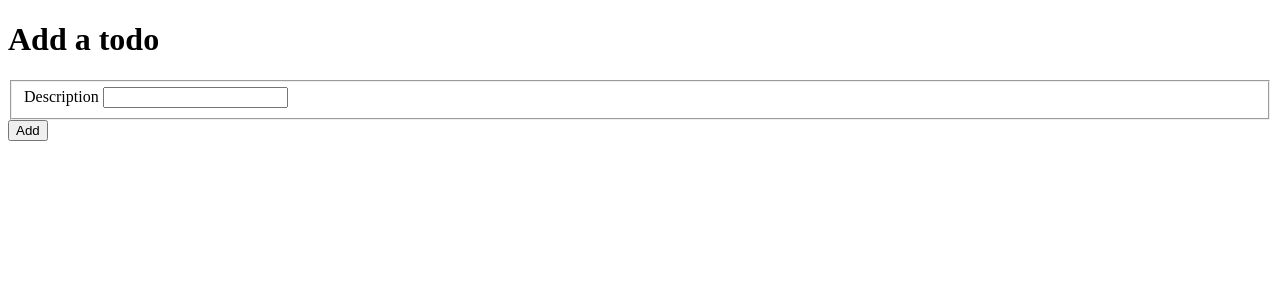
Repository: codelifee/spring-mvc-project
Page: http://localhost/springmvc/add-todo
An editor plug-in stored every save of this project. The page is shown before and after the next save, followed by the edit.
The browser window is 1280 px wide. The pictures show the whole page.
The page is served by Tomcat 9.

Above is the page before, as saved 2020-11-16 06:48:30.

After the next save:
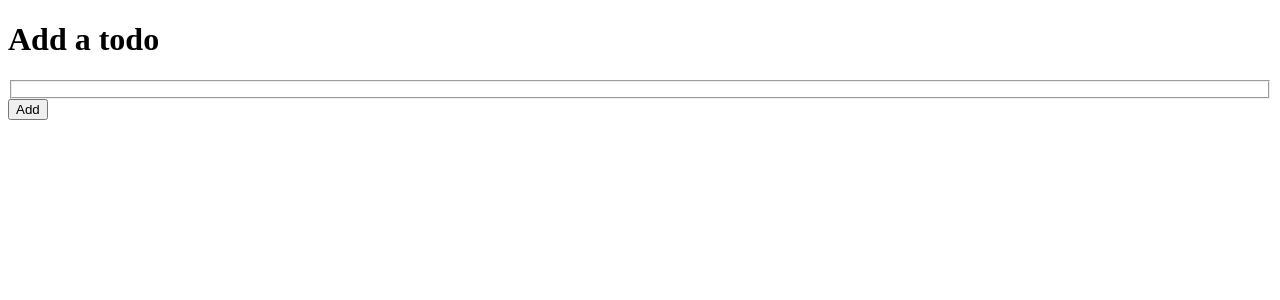
Saved 16 s later.
--- a/springmvc/src/main/webapp/WEB-INF/views/todo.jsp
+++ b/springmvc/src/main/webapp/WEB-INF/views/todo.jsp
@@ -10,7 +10,7 @@
 <div class="container">
 <H1>Add a todo</H1>
 <form method="post">
-	<fieldset>
+	<fieldset class="form-group>
 		<label>Description</label>
 		<input name="desc" type="text"/>
 	</fieldset>

After the save that followed:
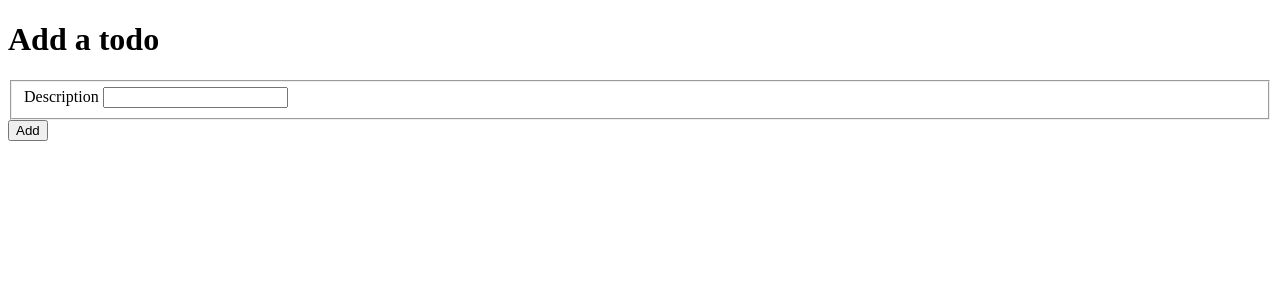
Saved 8 s later.
--- a/springmvc/src/main/webapp/WEB-INF/views/todo.jsp
+++ b/springmvc/src/main/webapp/WEB-INF/views/todo.jsp
@@ -10,7 +10,7 @@
 <div class="container">
 <H1>Add a todo</H1>
 <form method="post">
-	<fieldset class="form-group>
+	<fieldset class="form-group">
 		<label>Description</label>
 		<input name="desc" type="text"/>
 	</fieldset>
